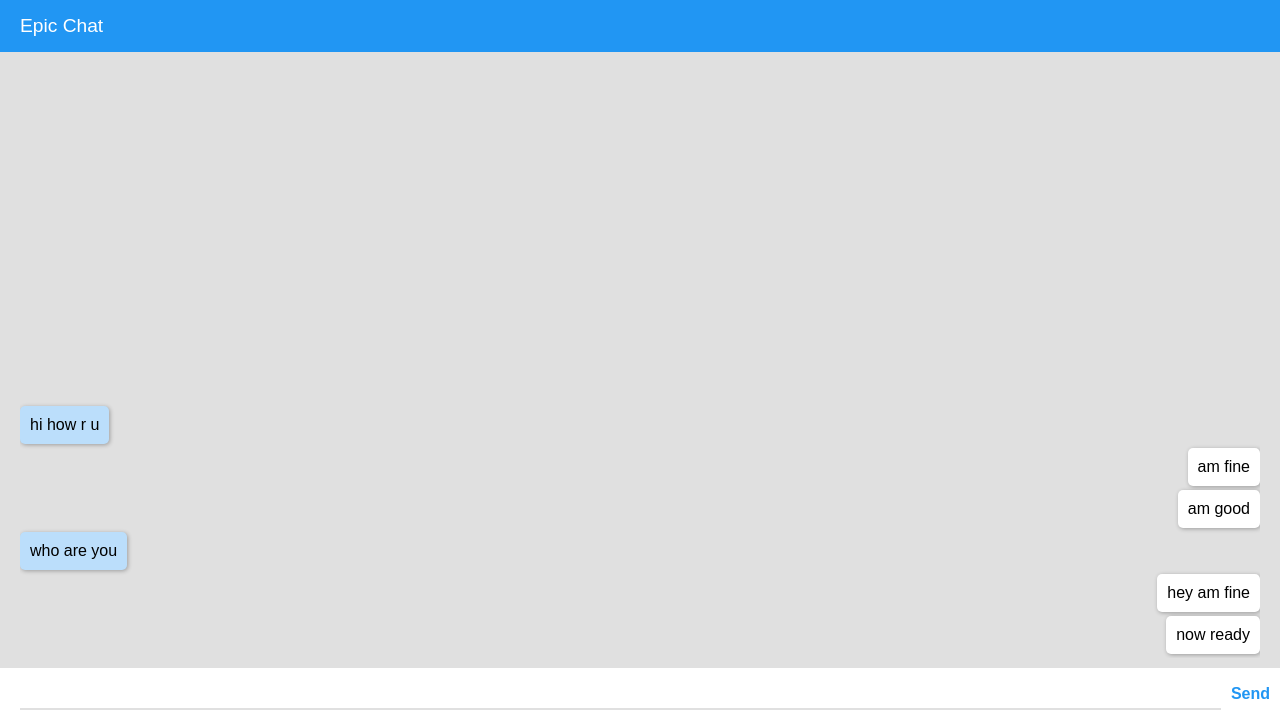
Repository: Saikrishna-jetti/chat
Page: /
These files come from the project's save history. The page is drawn as it stood at one moment and after the next save; the edit follows.
The browser window is 1280 px wide. The pictures show the whole page.
The page's requests for data from a server got no answer. The project was rebuilt for these pictures with package versions that can differ from the ones it lists, and the page was loaded fresh each time. No one was signed in, and anything a server would have sent is missing. Also part of the build but not shown: angular.json.

Above is the page before, as saved 2019-10-14 21:39:36.

### src/index.html
<!doctype html>
<html lang="en">
<head>
  <meta charset="utf-8">
  <title>EpicChat</title>
  <base href="/">
  <meta name="viewport" content="width=device-width, initial-scale=1">
  <link rel="icon" type="image/x-icon" href="favicon.ico">
</head>
<body>
  <app-root></app-root>
</body>
</html>

### src/styles.css
/* You can add global styles to this file, and also import other style files */
* {
    margin: 0;
    padding: 0;
  }
  body, html {
    width: 100%;
    height: 100%;
    font-family: Arial, Helvetica, sans-serif;
  }

### src/app/app.module.ts
import { BrowserModule } from '@angular/platform-browser';
import { NgModule } from '@angular/core';
import { AppRoutingModule } from './app-routing.module';
import { AppComponent } from './app.component';
import { FormsModule } from '@angular/forms';

@NgModule({
  declarations: [
    AppComponent
  ],
  imports: [
    BrowserModule,
    AppRoutingModule,
    FormsModule
  ],
  providers: [],
  bootstrap: [AppComponent]
})
export class AppModule { }

### src/app/app.component.ts
import { Component } from '@angular/core';
import { MessageService } from './message.service';

@Component({
  selector: 'app-root',
  templateUrl: './app.component.html',
  styleUrls: ['./app.component.css']
})
export class AppComponent {
  title = 'Epic Chat';
  message = '';
  chats = [
    'hi how r u',
    'am fine',
    'am good',
    'who are you',
    'hey am fine',
    'now ready'
  ];
  constructor(message: MessageService) {

  }
    addChat()  {
      if (this.message.length === 0) {
          return;
      }
      this.chats.push(this.message);
      this.message = '';
      window.setInterval(() => {
        const elem = document.getElementById('scrolldiv');
        elem.scrollTop = elem.scrollHeight;
      }, 500);
    }
}

### src/app/app.component.html
<div class="container">
    <div class="topbar">{{title}}</div>
    <div class="chatarea">
        <div style="min-height: 0; overflow: scroll" id="scrolldiv">
        <div *ngFor="let chat of chats ; let i = index" class="chat" [class.me]="i % 3"><p>{{chat}}</p></div>

        </div>
    </div>

    <div class="inputarea">
        <form (submit)='addChat()'>
            <input class="textbox" name="message" [(ngModel)]="message" type="text"/>
            <button type="submit" class="sendbutton">Send</button>
        </form>
    </div>
</div>

### src/app/app.component.css
.container {
    height: 100%;
    display: flex;
    flex-direction: column;
  }
  .topbar {
    padding: 15px 20px;
    background-color: #2196F3;
    color: #fff;
    font-size: 1.2em;
  }
  .chatarea {
    flex-grow: 1;
    background-color: #e0e0e0;
    padding: 10px 20px;
    display: flex;
    flex-direction: column;
    justify-content: flex-end;
  }
  .chatarea .chat {
    margin: 4px 0;
    display: flex;
    justify-content: flex-start;
  }
  .chatarea .chat.me {
    justify-content: flex-end;
  }
  .chatarea .chat.me p {
    background-color: #fff;
  }
  .chatarea .chat p {
    background-color: #BBDEFB;
    display: inline;
    padding: 10px;
    border-radius: 5px;
    box-shadow: 1px 1px 4px rgba(0,0,0,0.3);
  }

  .inputarea form {
    padding: 10px 0 10px 20px;
    display: flex;
    flex-direction: row;
    justify-content: center;
  }
  .inputarea .textbox {
    flex-grow: 1;
  }
  .inputarea .textbox {
    width: 100%;
    display: block;
    border: 0;
    font-size: 1.2em;
    border-bottom: 2px solid #e0e0e0;
  }
  .inputarea .textbox:focus {
    outline: 0;
    border-color: #2196F3;
  }
  .inputarea .sendbutton {
    padding: 7px 10px;
    font-size: 1em;
    border: 0;
    background-color: transparent;
    color: #2196F3;
    font-weight: bold;
  }
  .inputarea .sendbutton:focus {
    outline: 0;
  }

### src/app/message.service.ts
import { Injectable } from '@angular/core';
import * as io from 'socket.io-client';

@Injectable({
    providedIn : 'root'
})
export class MessageService {
    socket;
    constructor() {
        this.socket = io.connect();
        this.socket.on('connect', () => {
            console.log('connected to the server');
        });
        this.socket.emit('new message', 'hey');
        this.socket.on('message recieved', (data) => {
            console.log(data);
        });
    }
}

Loaded but not shown: src/main.ts (common file); src/environments/environment.ts (common file); src/app/app-routing.module.ts (common file)

After the next save:
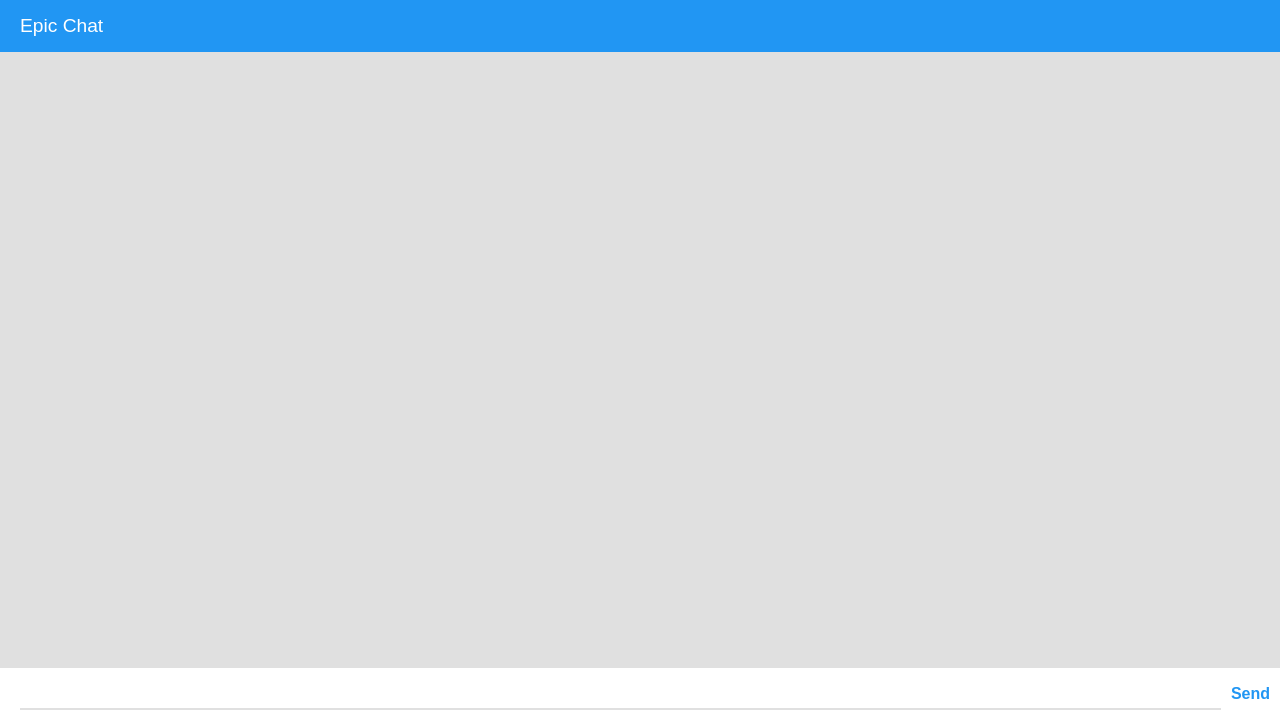
Saved 3 min 16 s later.
--- a/src/app/app.component.ts
+++ b/src/app/app.component.ts
@@ -9,14 +9,7 @@
 export class AppComponent {
   title = 'Epic Chat';
   message = '';
-  chats = [
-    'hi how r u',
-    'am fine',
-    'am good',
-    'who are you',
-    'hey am fine',
-    'now ready'
-  ];
+  chats = [];
   constructor(message: MessageService) {
 
   }
